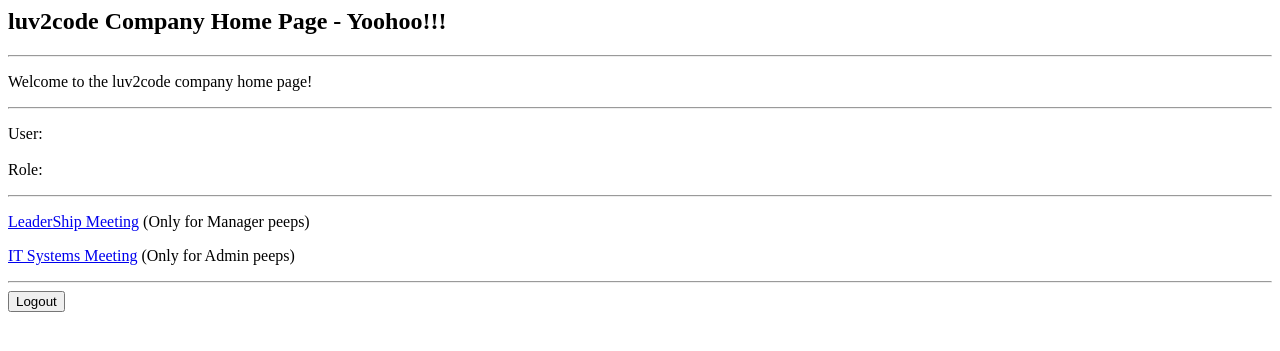
Repository: MOURAD1997-ctrl/dev-security
Page: http://localhost/spring-security-demo-07-user-roles/WEB-INF/view/home.jsp
An editor plug-in stored every save of this project. The page is shown before and after the next save, followed by the edit.
The browser window is 1280 px wide. The pictures show the whole page.
The page is served by Tomcat 9. Nobody is signed in. The template is opened directly, without the code that normally fills it, so the values that code supplies are empty.

Above is the page before, as saved 2020-06-05 19:32:29.

After the next save:
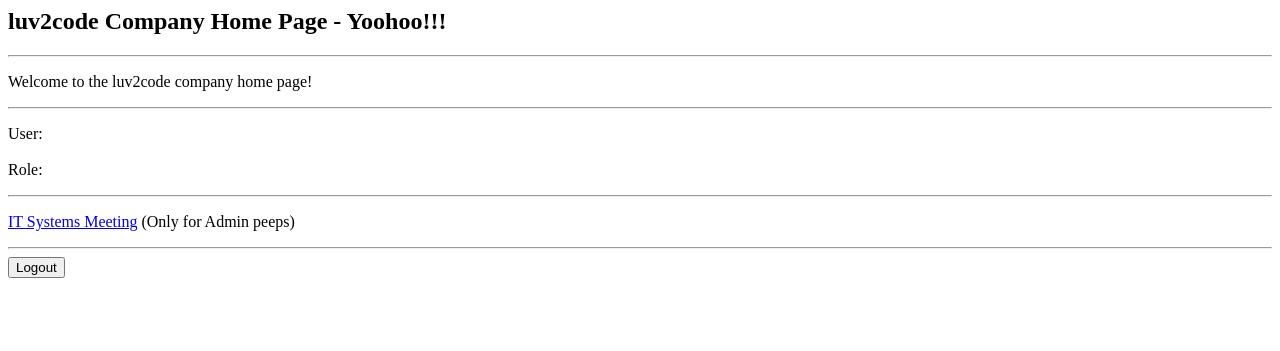
Saved 9 min 31 s later.
--- a/spring-security-demo-07-user-roles/src/main/webapp/WEB-INF/view/home.jsp
+++ b/spring-security-demo-07-user-roles/src/main/webapp/WEB-INF/view/home.jsp
@@ -22,10 +22,12 @@
       Role: <security:authentication property="principal.authorities"/>
    </p>
    <hr>
+   <security:authorize>
    <p>
       <a href="${pageContext.request.contextPath}/leaders">LeaderShip Meeting</a>
       (Only for Manager peeps)
    </p>
+   </security:authorize>
    <p>
       <a href="${pageContext.request.contextPath}/systems">IT Systems Meeting</a>
       (Only for Admin peeps)
